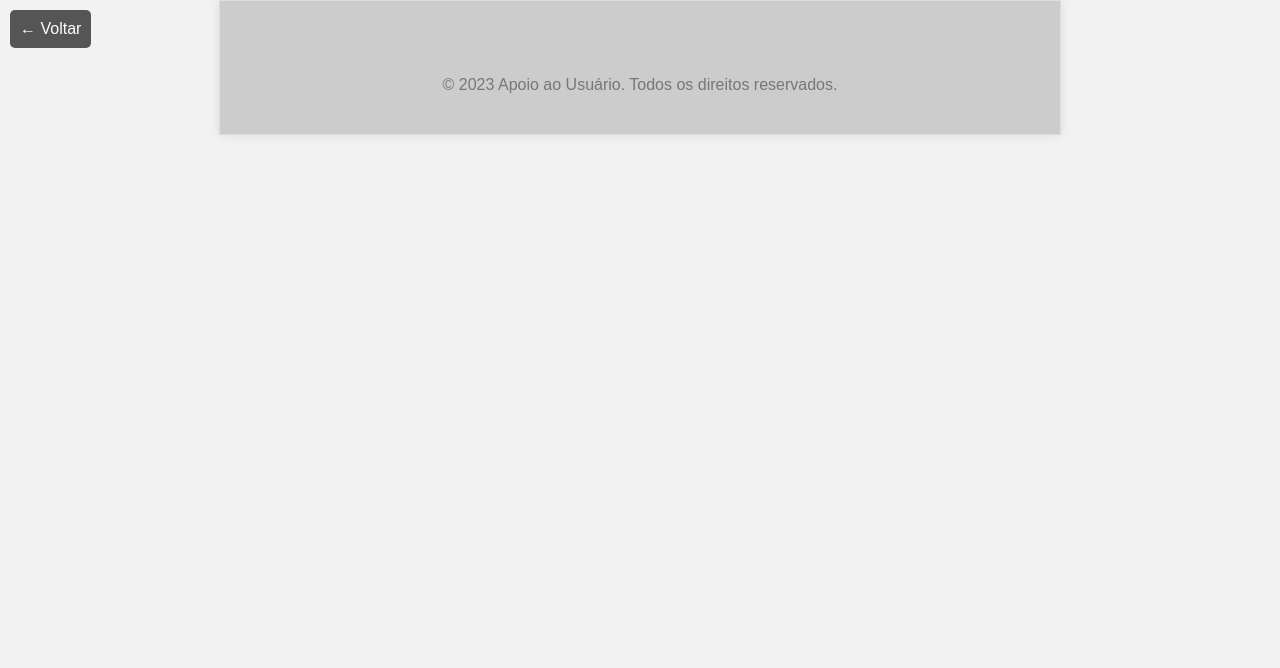
Repository: I4guito/dicasdez
Page: Dicas site/Dicas/sobreaudios.html
The author's editor kept a copy of each file at every save. The page is drawn from the files as they stood at one save, then again after the next save.
The browser window is 1280 px wide. The pictures show the whole page.

Above is the page before, as saved 2023-12-07 15:43:44.

After the next save:
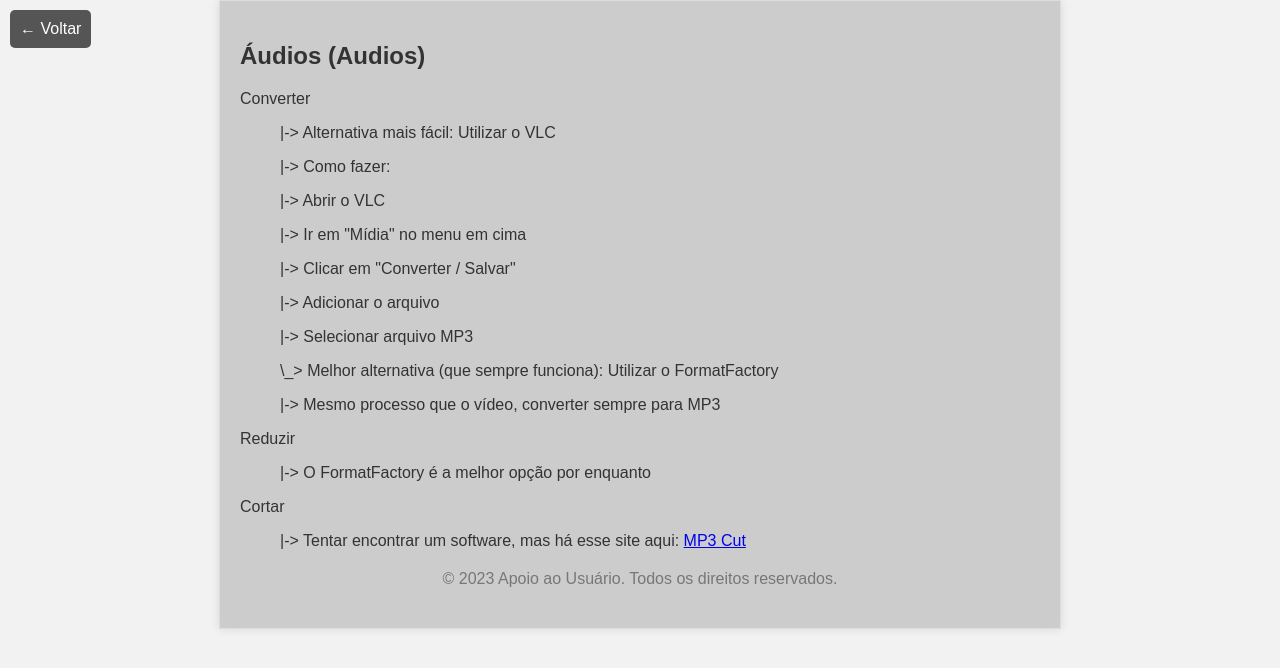
Saved 1 s later.
--- a/Dicas site/Dicas/sobreaudios.html
+++ b/Dicas site/Dicas/sobreaudios.html
@@ -14,12 +14,31 @@
             <h1> </h1>
         </header>
         <section>
-            <h2>  </h2>
+            <h2>Áudios (Audios)</h2>
             <ul>
-                <li></li>
-                <li></li>
+                <li>
+                    Converter
+                    <blockquote>|-> Alternativa mais fácil: Utilizar o VLC</blockquote>
+                    <blockquote>|-> Como fazer:</blockquote>
+                    <blockquote>|-> Abrir o VLC</blockquote>
+                    <blockquote>|-> Ir em "Mídia" no menu em cima</blockquote>
+                    <blockquote>|-> Clicar em "Converter / Salvar"</blockquote>
+                    <blockquote>|-> Adicionar o arquivo</blockquote>
+                    <blockquote>|-> Selecionar arquivo MP3</blockquote>
+                    <blockquote>\_> Melhor alternativa (que sempre funciona): Utilizar o FormatFactory</blockquote>
+                    <blockquote>|-> Mesmo processo que o vídeo, converter sempre para MP3</blockquote>
+                </li>
+                <li>
+                    Reduzir
+                    <blockquote>|-> O FormatFactory é a melhor opção por enquanto</blockquote>
+                </li>
+                <li>
+                    Cortar
+                    <blockquote>|-> Tentar encontrar um software, mas há esse site aqui: <a href="https://mp3cut.net/pt/" target="_blank">MP3 Cut</a></blockquote>
+                </li>
             </ul>
-        </section><br>
+        </section>
+
         <footer>
             <p>&copy; 2023 Apoio ao Usuário. Todos os direitos reservados.</p>
         </footer>
